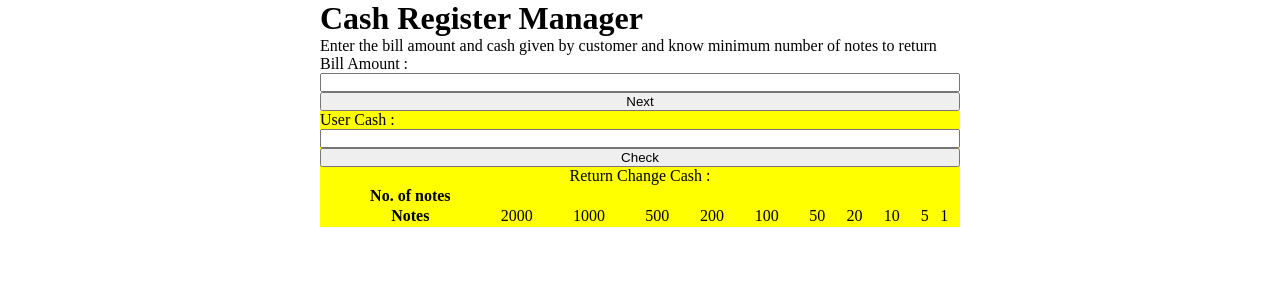
Repository: patelamancode/Cash-register-manager-app
Page: index.html
The author's editor kept a copy of each file at every save. The page is drawn from the files as they stood at one save, then again after the next save.
The browser window is 1280 px wide. The pictures show the whole page.

Above is the page before, as saved 2022-11-18 15:16:27.
Console error: ReferenceError: hideContent is not defined

After the next save:
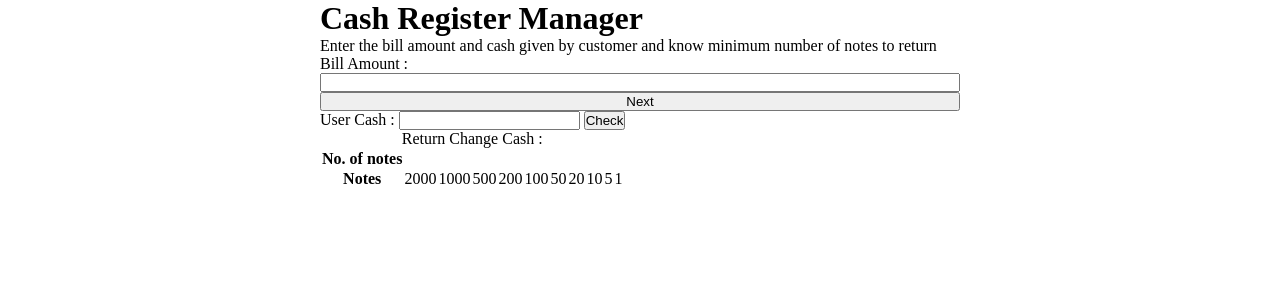
Saved 67 s later.
--- a/index.css
+++ b/index.css
@@ -10,10 +10,10 @@
     margin: auto;
 }
 
-.sub-container{
+/* .sub-container{
     background-color: yellow;
     display: flex;
     flex-direction: column;
     width: 50vw;
     margin: auto;
-}
+} */
